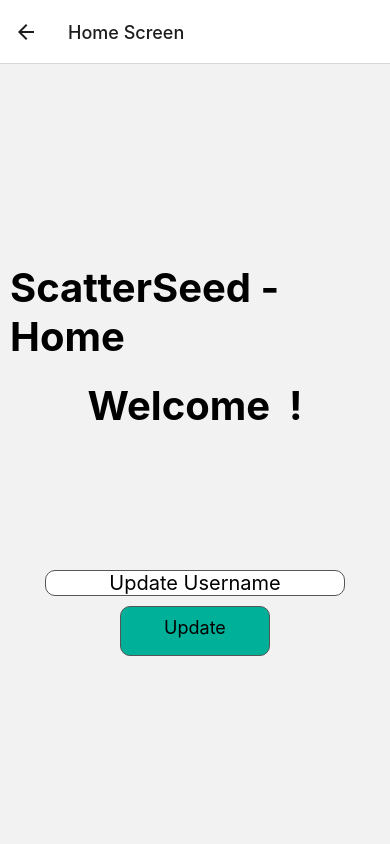
Repository: Curraje/scatter-seed-app
Screen: /Home
These files come from the project's save history. The screen is drawn as it stood at one moment and after a run of saves; the edit follows.
The app was drawn by React Native's web renderer in a window 390 px wide. The project was rebuilt for these pictures with package versions that can differ from the ones it lists, and the page was loaded fresh each time. Some packages were replaced by stand-ins written for this rebuild.

Above is the screen before, as saved 2022-03-06 14:26:00.

### index.js
import App from "./src/App";
import { registerRootComponent } from "expo";

// Main Entry Point for App
registerRootComponent(App);

### src/App.tsx
import React from "react";
//import { StatusBar } from "expo-status-bar";
// import { StyleSheet } from "react-native";
// import Header from "./components/Header";
// import CustomButton from "./components/CustomButton";
import { NavigationContainer } from "@react-navigation/native";
// import { createBottomTabNavigator } from "@react-navigation/bottom-tabs";
// import { createMaterialBottomTabNavigator } from "@react-navigation/material-bottom-tabs";
//import { createMaterialTopTabNavigator } from "@react-navigation/material-top-tabs";
//import { createDrawerNavigator } from "@react-navigation/drawer";
import { createNativeStackNavigator } from "@react-navigation/native-stack";
import FontAwesome5 from "react-native-vector-icons/FontAwesome5";
import Login from "./screens/Login";
import Home from "./screens/Home";

// const Tab = createBottomTabNavigator();
// const Tab = createMaterialBottomTabNavigator();
//const Tab = createMaterialTopTabNavigator();
//const Drawer = createDrawerNavigator();
const Stack = createNativeStackNavigator();

export default function App() {
  return (
    <NavigationContainer>
      <Stack.Navigator
        initialRouteName="Login"
        screenOptions={{  }}

      >
        <Stack.Screen
          name="Home"
          component={Home}
          options={{
            title: "Home Screen",
          }}
        />
        <Stack.Screen
          name="Login"
          component={Login}
          options={{
            title: "Login Screen",
            headerShown: false,
          }}
          initialParams={{ItemName:"Item from Drawer", ItemId: 1}}
        />
      </Stack.Navigator>
    </NavigationContainer>
  );
}

### src/screens/Login.tsx
/* eslint-disable indent */
import React, { useEffect, useState } from "react";
import { View, StyleSheet, Image, Text, TextInput, Alert } from "react-native";
import CustomButton from "../utils/CustomButton";
import AsyncStorage from "@react-native-async-storage/async-storage";

// eslint-disable-next-line @typescript-eslint/no-explicit-any
export default function Login({ navigation }: any) {
    const [name, setName]=useState("");

    useEffect(() => {
        getData();
      }, []);

      const getData = () => {
        try {
          AsyncStorage.getItem("UserName")
            .then(value => {
              if (value != null) {
                navigation.navigate("Home");
              }
            }
            );
        } catch (error) {
          console.log(error);
        }
      };

    const setData = async () => {
      if (name.length < 1) {
        Alert.alert("Warning!", "Please enter a username");
      } else {
          try {
            await AsyncStorage.setItem("UserName", name);
            navigation.navigate("Home");
          } catch (error) {
            console.log(error);
          }
      }
    };

  return (
    <View
      style={styles.loginBody}
    >
      <Image
        style={styles.loginImage}
        source={require("../../assets/bruce.png")}
      />
      <Text style={styles.loginText}>Async Storage</Text>
      <TextInput
        style={styles.loginInput}
        placeholder="Username"
        onChangeText={(value) => setName(value)}
      />
      <CustomButton
        title="Login"
        regular_color="#1eb900"
        pressed_color="#1eb999"
        onPressFunction={setData}
      />
    </View>
  );
}

const styles = StyleSheet.create({
  loginBody: {
    flex: 1,
    alignItems: "center",
    backgroundColor: "#0080ff",
  },
  loginImage: {
      width:100,
      height: 100,
      margin: 20,
      resizeMode: "contain"
  },
  loginText: {
      fontSize: 35,
      fontWeight: "bold",
  },
  loginInput: {
    width: 300,
    borderWidth: 1,
    borderColor: "#555",
    borderRadius: 10,
    backgroundColor: "#ffffff",
    textAlign: "center",
    fontSize: 20,
    marginTop: 130,
    marginBottom: 10,
  },
});

### src/screens/Home.tsx
import React, { useEffect, useState } from "react";
//import { StatusBar } from "expo-status-bar";
import { Alert, StyleSheet, Text, TextInput, View } from "react-native";
import AsyncStorage from "@react-native-async-storage/async-storage";
import CustomButton from "../utils/CustomButton";
import GlobalStyles from "../utils/GlobalStyles";


// eslint-disable-next-line @typescript-eslint/no-explicit-any
export default function Home({ navigation, route }: any) {

  const [name, setName] = useState("");

  useEffect(() => {
    getData();
  }, []);

  const getData = () => {
    try {
      AsyncStorage.getItem("UserName")
        .then(value => {
          if (value != null) {
            setName(value);
          }
        }
        );
    } catch (error) {
      console.log(error);
    }
  };

  const updateData = async () => {
    if (name.length < 1) {
      Alert.alert("Warning!", "Please enter a username");
    } else {
      try {
        await AsyncStorage.setItem("UserName", name);
        Alert.alert("Success!", "Your name has been updated.");
      } catch (error) {
        console.log(error);
      }
    }
  };

  const removeData = async () => {
    try {
      await AsyncStorage.removeItem("UserName");
      navigation.navigate("Login");
    } catch (error) {
      console.log(error);
    }
  };

  return (
    <View style={[GlobalStyles.body]}>
      <Text style={[GlobalStyles.text]}>ScatterSeed - Home</Text>
      <Text style={[GlobalStyles.text]}>Welcome {name} !</Text>
      <TextInput
        style={styles.updateInput}
        placeholder="Update Username"
        value={name}
        onChangeText={(value) => setName(value)}
      />
      <CustomButton
        title="Update"
        regular_color="#00b099"
        pressed_color="#1eb000"
        onPressFunction={updateData}
      />
    </View>
  );
}

const styles = StyleSheet.create({
  updateBody: {
    flex: 1,
    alignItems: "center",
    backgroundColor: "#0080ff",
  },
  updateImage: {
    width:100,
    height: 100,
    margin: 20,
    resizeMode: "contain"
  },
  updateText: {
    fontSize: 35,
    fontWeight: "bold",
  },
  updateInput: {
    width: 300,
    borderWidth: 1,
    borderColor: "#555",
    borderRadius: 10,
    backgroundColor: "#ffffff",
    textAlign: "center",
    fontSize: 20,
    marginTop: 130,
    marginBottom: 10,
  },
});

### src/utils/CustomButton.tsx
import React from "react";
import { Pressable, StyleSheet, Text } from "react-native";

// eslint-disable-next-line @typescript-eslint/no-explicit-any
const CustomButton = (props: any) => {
  return (
    <Pressable
      onPress={props.onPressFunction}
      hitSlop={{ top: 10, bottom: 10, right: 10, left: 10 }}
      android_ripple={{ color: "#00f" }}
      style={({ pressed }) => [
        { backgroundColor: pressed ? props.pressed_color : props.regular_color },
        styles.button,
        { ...props.style },
      ]}
    >
      <Text style={styles.text}>{props.title}</Text>
    </Pressable>
  );
};

const styles = StyleSheet.create({
  text: {
    color: "#000000",
    fontSize: 18,
    margin: 10,
    textAlign: "center",
  },
  button: {
    width: 150,
    height: 50,
    alignItems: "center",
    borderWidth: 1,
    borderColor: "#555",
    borderRadius: 10,
  },
});

export default CustomButton;

### src/utils/GlobalStyles.tsx
import { StyleSheet } from "react-native";

export default StyleSheet.create({
  body: {
    flex: 1,
    justifyContent: "center",
    alignItems: "center",
  },
  text: {
    fontSize: 40,
    fontWeight: "bold",
    margin: 10,
  },
});

After the next 3 saves:
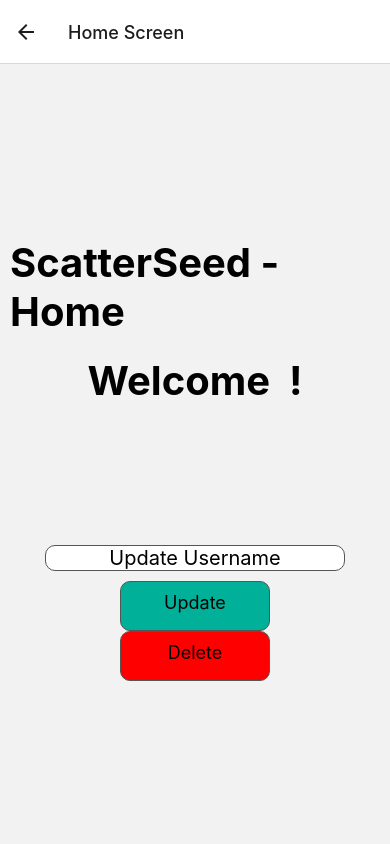
The 3 saves are shown as one change because they came seconds apart.
The last was saved 18 s later.
--- a/src/screens/Home.tsx
+++ b/src/screens/Home.tsx
@@ -67,6 +67,12 @@ export default function Home({ navigation, route }: any) {
         pressed_color="#1eb000"
         onPressFunction={updateData}
       />
+      <CustomButton
+        title="Delete"
+        regular_color="red"
+        pressed_color="#1eb000"
+        onPressFunction={updateData}
+      />
     </View>
   );
 }
